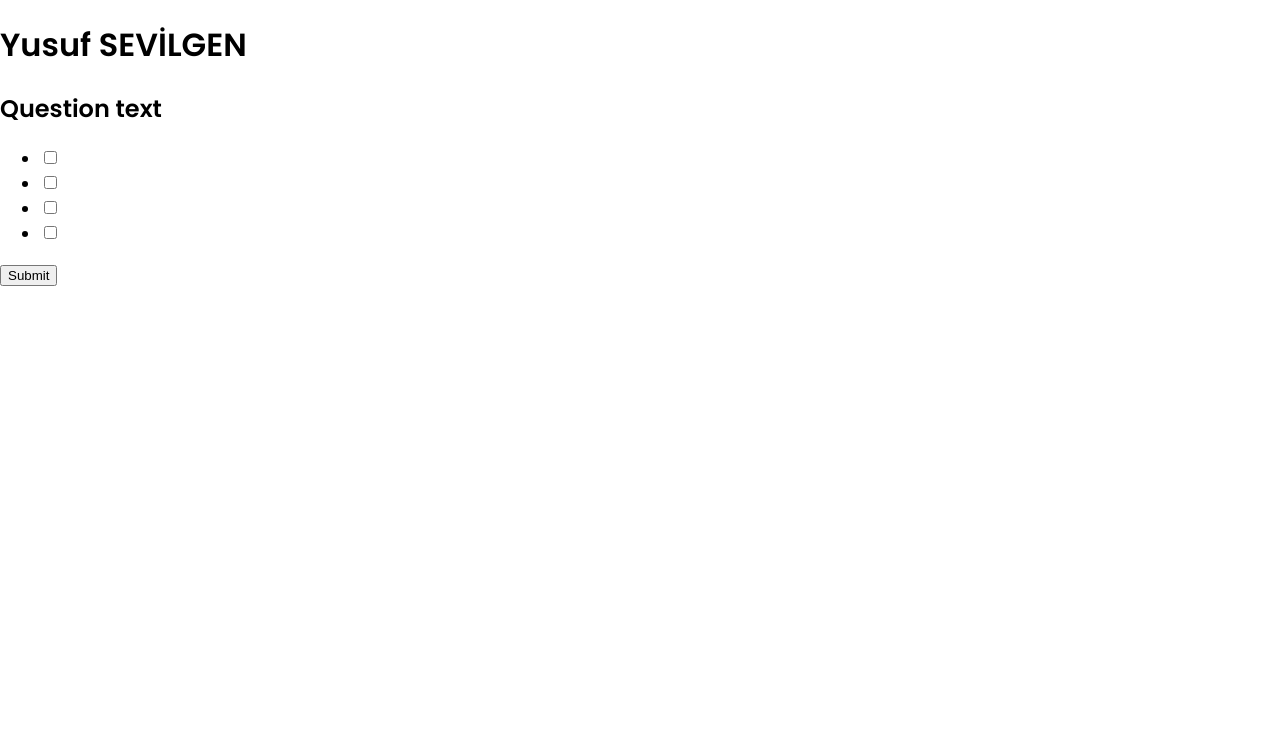
Repository: sevilgenysf/javascript-two
Page: index.html
The author's editor kept a copy of each file at every save. The page is drawn from the files as they stood at one save, then again after the next save.
The browser window is 1280 px wide. The pictures show the whole page.

Above is the page before, as saved 2022-02-24 15:58:24.
Console error: SyntaxError: Unexpected token '{'

After the next save:
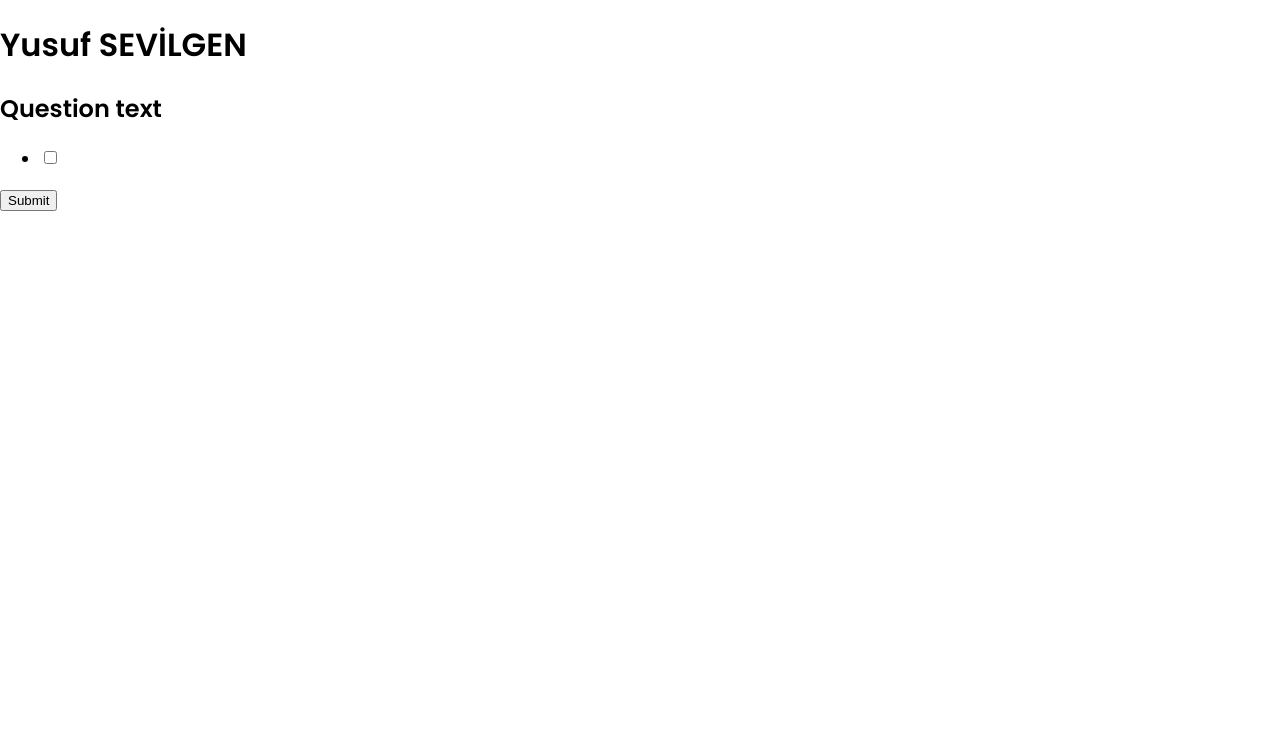
Saved 23 min 46 s later.
--- a/index.html
+++ b/index.html
@@ -16,10 +16,10 @@
 		<div class="quiz-container">
 			<h2>Question text</h2>
 			<ul>
-				<li><input type="checkbox"><label></label></li>
-				<li><input type="checkbox"><label></label></li>
-				<li><input type="checkbox"><label></label></li>
-				<li><input type="checkbox"><label></label></li>
+				<li>
+					<input type="checkbox">
+					<label for=""></label>
+				</li>
 			</ul>
 			<button>Submit</button>
 		</div>
